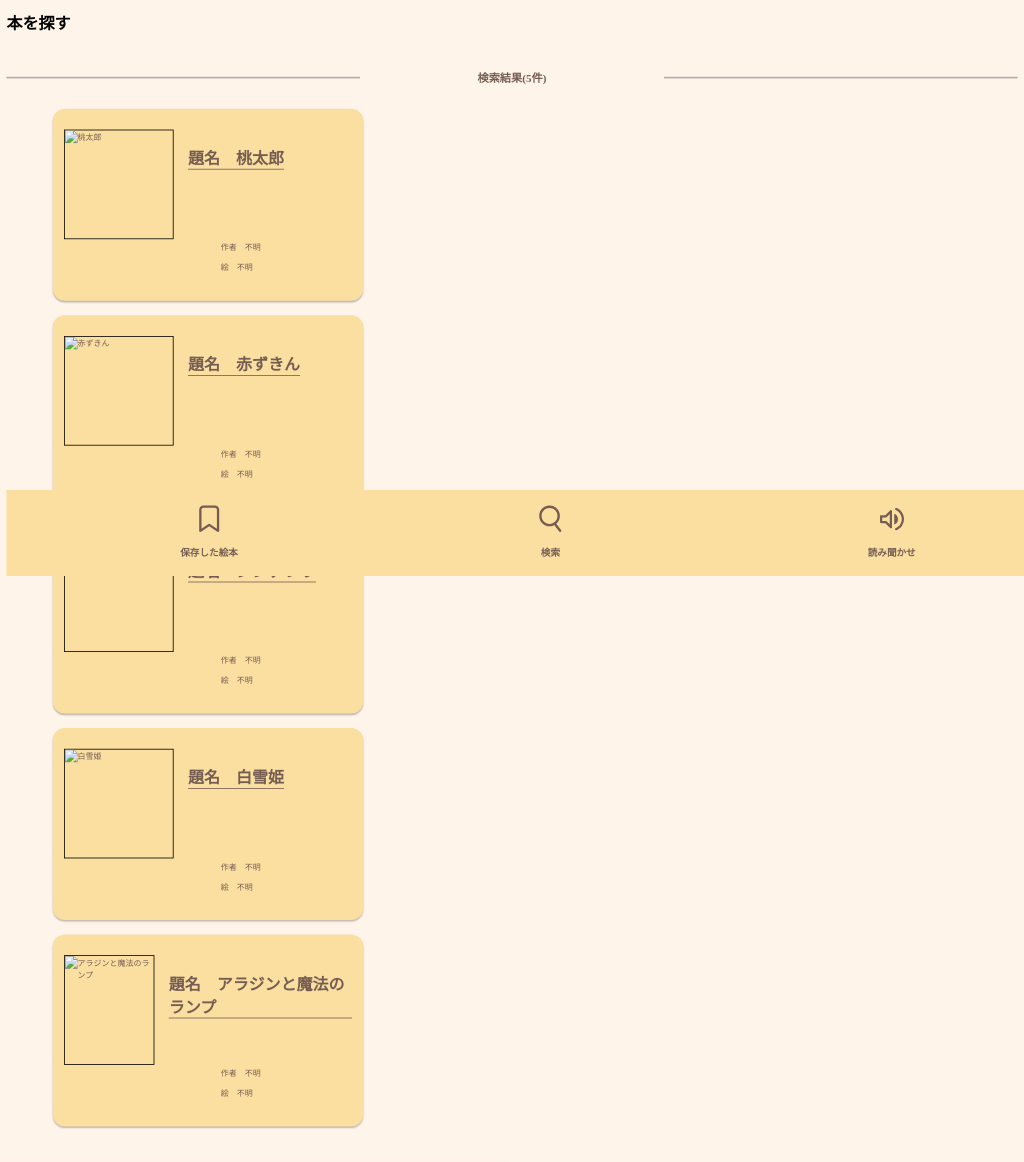
Repository: kmii12/2024-teampj
Page: /result
An editor plug-in stored every save of this project. The page is shown before and after a run of saves, followed by the edit.
The browser window is 1280 px wide. The pictures show the whole page, at 80% of full size.
The project was rebuilt for these pictures with package versions that can differ from the ones it lists, and the page was loaded fresh each time. The framework's server and built-in components were replaced by stand-ins that run in the browser. Also part of the build but not shown: next.config.mjs.

Above is the page before, as saved 2024-10-23 11:51:09.

### src/app/result/page.tsx
"use client";

import Link from "next/link";
import styles from "./Result.module.scss";
import { usePathname } from "next/navigation";

export default function Result() {
  const pathname = usePathname();

  //ダミーデータ（あとからfirebaseから取得）
  const ResultDatas = [
    {
      id: 1,
      title: "桃太郎",
      writer: "不明",
      illustrator: "不明",
      image: "",
      livingThing: ["人間", "陸の生き物", "空の生き物"],
      mainCharacter: "桃太郎",
      character: [
        "桃太郎",
        "犬",
        "猿",
        "キジ",
        "鬼",
        "おじいさん",
        "おばあさん",
      ],
      genre: "昔話",
      location: "日本",
      hue: "不明",
      atmosphere: "",
      season: "不明",
    },
    {
      id: 2,
      title: "赤ずきん",
      writer: "不明",
      illustrator: "不明",
      image: "",
      livingThing: ["人間", "陸の生き物", "空の生き物"],
      mainCharacter: "赤ずきん",
      character: ["赤ずきん", "おばあさん", "オオカミ"],
      hue: "不明",
      atmosphere: ["かわいい", "怖い"],
      genre: "昔話",
      location: "海外",
      season: "不明",
    },
    {
      id: 3,
      title: "シンデレラ",
      writer: "不明",
      illustrator: "不明",
      livingThing: "人間",
      mainCharacter: "シンデレラ",
      character: ["シンデレラ", "王子", "魔法使い"],
      genre: "昔話",
      location: "海外",
      hue: "不明",
      atmosphere: "",
      season: "不明",
    },
    {
      id: 4,
      title: "白雪姫",
      writer: "不明",
      illustrator: "不明",
      livingThing: ["人間", "陸の生き物"],
      mainCharacter: "白雪姫",
      character: ["白雪姫", "王子", "魔女", "小人"],
      genre: "昔話",
      location: "海外",
      hue: "不明",
      atmosphere: "",
      season: "不明",
    },
    {
      id: 5,
      title: "アラジンと魔法のランプ",
      writer: "不明",
      illustrator: "不明",
      livingThing: ["人間", "陸の生き物"],
      mainCharacter: "アラジン",
      character: ["アラジン", "ジーニー", "王女", "魔法使い", "盗賊"],
      genre: "昔話",
      location: "海外",
      hue: "不明",
      atmosphere: "",
      season: "不明",
    },
  ];
  return (
    <>
      <h1>本を探す</h1>

      <div className={styles.resultContainer}>
        <h2>検索結果({ResultDatas.length}件)</h2>
        <ul className={styles.resultList}>
          <div className={styles.resultItemWrap}>
            {ResultDatas.map((result) => (
              <li key={result.id} className={styles.resultItem}>
                <div className={styles.itemImageWrap}>
                  <img
                    src={result.image}
                    alt={result.title}
                    className={styles.image}
                  />
                </div>
                <div className={styles.itemDescriptionWrap}>
                  <h3 className="title">題名　{result.title}</h3>
                  <div className={styles.fixedBottom}>
                    <p className="writer">作者　{result.writer}</p>
                    <p className="illustrator">絵　{result.illustrator}</p>
                  </div>
                </div>
              </li>
            ))}
          </div>
        </ul>
      </div>
    </>
  );
}

### src/app/globals.css
html {
  font-size: 62.5%;
}

body {
  font-family: "Zen Maru Gothic", serif;
  background-color: #fff4ea;
}

a {
  color: inherit;
  text-decoration: none;
}

li {
  list-style-type: none;
}

### src/app/components/Footer.tsx
"use client";

import Link from "next/link";
import styles from "./Footer.module.scss";
import { usePathname } from "next/navigation";

export default function Footer() {
  const pathname = usePathname();

  return (
    <footer className={styles.footer}>
      <nav>
        <ul>
          <li>
            <Link
              href="/saved"
              className={pathname === "/saved" ? styles.active : ""}
            >
              <svg
                xmlns="http://www.w3.org/2000/svg"
                width="40"
                height="40"
                viewBox="0 0 40 40"
                fill="none"
              >
                <path
                  d="M31.5577 36C31.2643 35.9944 30.9782 35.9096 30.7308 35.7549L20.5 28.7589L10.2692 35.7549C10.0433 35.8898 9.78379 35.9611 9.51923 35.9611C9.25467 35.9611 8.99521 35.8898 8.76923 35.7549C8.54791 35.643 8.3604 35.4762 8.22542 35.271C8.09043 35.0658 8.01271 34.8295 8 34.5857V8.18571C8 6.81038 8.55718 5.49137 9.54895 4.51886C10.5407 3.54635 11.8859 3 13.2885 3H27.7115C29.1141 3 30.4593 3.54635 31.451 4.51886C32.4428 5.49137 33 6.81038 33 8.18571V34.5857C33.001 34.8425 32.9297 35.0945 32.7939 35.3141C32.6582 35.5337 32.4633 35.7123 32.2308 35.8303C32.0245 35.9413 31.793 35.9996 31.5577 36ZM20.5 25.6286C20.7947 25.6255 21.0833 25.7111 21.3269 25.8737L30.1154 31.8703V8.18571C30.1154 7.56056 29.8621 6.96101 29.4113 6.51896C28.9605 6.07691 28.3491 5.82857 27.7115 5.82857H13.2885C12.6509 5.82857 12.0395 6.07691 11.5887 6.51896C11.1379 6.96101 10.8846 7.56056 10.8846 8.18571V31.8703L19.6731 25.8737C19.9167 25.7111 20.2053 25.6255 20.5 25.6286Z"
                  fill={pathname === "/saved" ? "#c96868" : "#755D52"}
                />
              </svg>
              <p
                style={{
                  color: pathname === "/saved" ? "#c96868" : "#755D52",
                }}
              >
                保存した絵本
              </p>
            </Link>
          </li>
          <li>
            <Link href="/" className={pathname === "/" ? styles.active : ""}>
              <svg
                xmlns="http://www.w3.org/2000/svg"
                width="40"
                height="40"
                viewBox="0 0 40 40"
                fill="none"
              >
                <path
                  fillRule="evenodd"
                  clipRule="evenodd"
                  d="M18.9346 25.8692C24.4214 25.8692 28.8692 21.4214 28.8692 15.9346C28.8692 10.4479 24.4214 6 18.9346 6C13.4479 6 9 10.4479 9 15.9346C9 21.4214 13.4479 25.8692 18.9346 25.8692ZM18.9346 28.8692C26.0782 28.8692 31.8692 23.0782 31.8692 15.9346C31.8692 8.79103 26.0782 3 18.9346 3C11.791 3 6 8.79103 6 15.9346C6 23.0782 11.791 28.8692 18.9346 28.8692Z"
                  fill={pathname === "/" ? "#c96868" : "#755D52"}
                />
                <path
                  fillRule="evenodd"
                  clipRule="evenodd"
                  d="M33.0447 35.7533C32.3807 36.2486 31.4408 36.1119 30.9455 35.4479L25.0052 27.4848C24.5099 26.8208 24.6466 25.881 25.3106 25.3856C25.9746 24.8903 26.9145 25.027 27.4098 25.691L33.3501 33.6541C33.8455 34.3181 33.7087 35.2579 33.0447 35.7533Z"
                  fill={pathname === "/" ? "#c96868" : "#755D52"}
                />
              </svg>
              <p
                style={{
                  color: pathname === "/" ? "#c96868" : "#755D52",
                }}
              >
                検索
              </p>
            </Link>
          </li>
          <li>
            <Link
              href="/read"
              className={pathname === "/read" ? styles.active : ""}
            >
              <svg
                xmlns="http://www.w3.org/2000/svg"
                width="40"
                height="40"
                viewBox="0 0 40 40"
                fill="none"
              >
                <path
                  d="M32.2221 19.8994C32.2221 17.3902 31.5324 15.124 30.1529 13.1006C28.7732 11.0776 26.9538 9.59382 24.6946 8.64937C24.3335 8.49187 24.0742 8.24423 23.9167 7.90646C23.7592 7.5684 23.7499 7.22812 23.8888 6.88562C24.0371 6.51507 24.2987 6.25576 24.6737 6.10771C25.0487 5.95965 25.4307 5.96424 25.8196 6.12146C28.5879 7.27896 30.8101 9.10076 32.4862 11.5869C34.1621 14.073 35 16.8438 35 19.8994C35 22.9549 34.1621 25.7258 32.4862 28.2119C30.8101 30.698 28.5879 32.5198 25.8196 33.6773C25.4307 33.8345 25.0487 33.8391 24.6737 33.691C24.2987 33.543 24.0371 33.2837 23.8888 32.9131C23.7499 32.5706 23.7592 32.2303 23.9167 31.8923C24.0742 31.5545 24.3335 31.3069 24.6946 31.1494C26.9538 30.2049 28.7732 28.7212 30.1529 26.6981C31.5324 24.6748 32.2221 22.4085 32.2221 19.8994ZM11.6667 24.941H6.38875C5.99069 24.941 5.65972 24.8091 5.39583 24.5452C5.13194 24.2813 5 23.9503 5 23.5523V16.3298C5 15.9317 5.13194 15.6008 5.39583 15.3369C5.65972 15.073 5.99069 14.941 6.38875 14.941H11.6667L17.6388 8.96896C18.074 8.53368 18.5764 8.4341 19.1458 8.67021C19.7153 8.90632 20 9.33451 20 9.95479V29.9273C20 30.5476 19.7153 30.9758 19.1458 31.2119C18.5764 31.448 18.074 31.3484 17.6388 30.9131L11.6667 24.941ZM27.5 19.941C27.5 21.293 27.1713 22.5315 26.5138 23.6565C25.8565 24.7815 24.9492 25.6587 23.7917 26.2881C23.5508 26.4178 23.3217 26.4109 23.1042 26.2673C22.8867 26.124 22.7779 25.9226 22.7779 25.6631V14.1631C22.7779 13.904 22.8867 13.7026 23.1042 13.559C23.3217 13.4156 23.5508 13.4087 23.7917 13.5381C24.9492 14.177 25.8565 15.0706 26.5138 16.219C27.1713 17.367 27.5 18.6077 27.5 19.941ZM17.2221 13.5244L12.8887 17.719H7.77792V22.1631H12.8887L17.2221 26.3856V13.5244Z"
                  fill={pathname === "/read" ? "#c96868" : "#755D52"}
                />
              </svg>
              <p
                style={{
                  color: pathname === "/read" ? "#c96868" : "#755D52",
                }}
              >
                読み聞かせ
              </p>
            </Link>
          </li>
        </ul>
      </nav>
    </footer>
  );
}

### src/app/result/Result.module.scss
@import "../styles/variables.scss";

.resultContainer {
  color: $text;
  margin: 44px 0; //resultPage全ての上下の余白
  // border: 1px solid #000;

  h2 {
    //検索結果
    position: relative;
    text-align: center;
    font-size: 1.4em;
    margin-bottom: 30px;
    &::before,
    &::after {
      content: "";
      position: absolute;
      top: 50%;
      width: 35%;
      height: 1.5px;
      background-color: #b9a6a6;
    }
    &::before {
      left: 0;
    }
    &::after {
      right: 0;
    }
  }
  h3 {
    //本の題名
    font-size: 2em;
    border-bottom: 1.5px solid $text;
  }

  .resultItem {
    //li
    padding: 26px 14px;
    margin: 18px;
    width: 360px;
    height: 188px;
    background-color: $main;
    border-radius: 15px;
    box-shadow: 0px 2px 2px rgba($color: #000000, $alpha: 0.25);
    display: flex;
    gap: 18px;
    position: relative;

    .itemImageWrap {
      width: 135px;
      height: 135px;
      border: 1px solid #000;
    }
    .fixedBottom {
      position: absolute;
      bottom: 25px;
      left: 210px;
      right: -10px;
    }
  }
}

### src/app/components/Footer.module.scss
@import "../styles/variables.scss";

.footer {
  width: 100%;
  height: 14dvh;
  padding-top: 1dvh;
  background-color: $main;
  position: fixed;
  bottom: 0;
  nav {
    width: inherit;
    height: inherit;
    ul {
      width: inherit;
      height: auto;
      display: flex;
      justify-content: space-around;
      align-items: center;
      li {
        width: calc(100% / 3);
        a {
          display: flex;
          flex-direction: column;
          justify-content: center;
          align-items: center;
          p {
            font-weight: 700;
            font-size: 1.2rem;
          }
        }
      }
    }
  }
}

### src/app/styles/variables.scss
// sassでカラーを使用するとき用

// 使用するファイルで最初に下記を記述
// コンポーネント用 → @import "../styles/variables.scss";
// ページ用 → @import "./styles/variables.scss";

$base: #fff4ea;
$main: #fadfa1;
$sub: #c96868;
$accent: #7eacb5;
$text: #755d52;

Loaded but not shown: src/app/layout.tsx (common file)

After the next 4 saves:
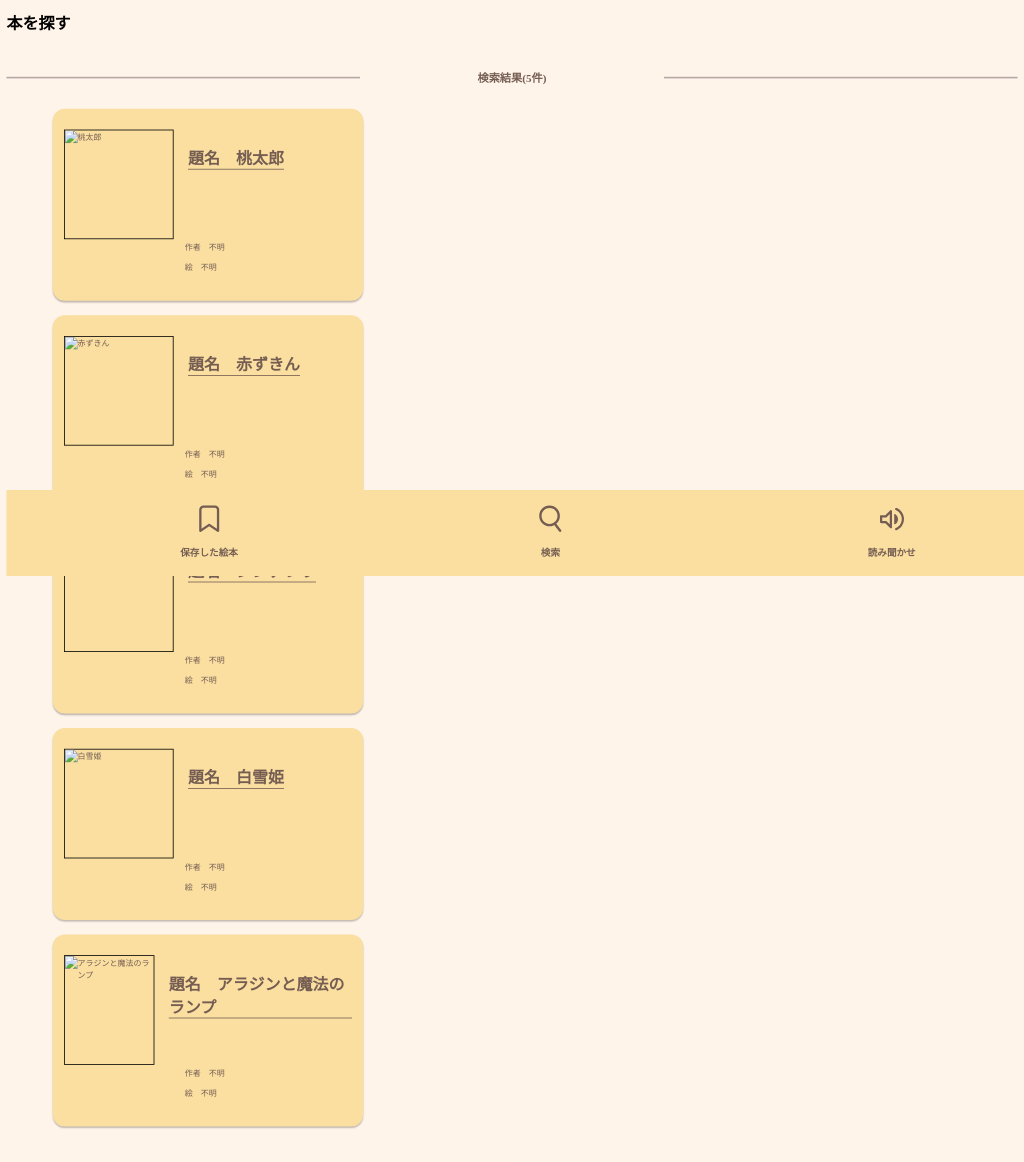
The 4 saves are shown as one change because they came seconds apart.
The last was saved 13 s later.
--- a/src/app/result/Result.module.scss
+++ b/src/app/result/Result.module.scss
@@ -54,7 +54,7 @@
     .fixedBottom {
       position: absolute;
       bottom: 25px;
-      left: 210px;
+      left: 165px;
       right: -10px;
     }
   }
